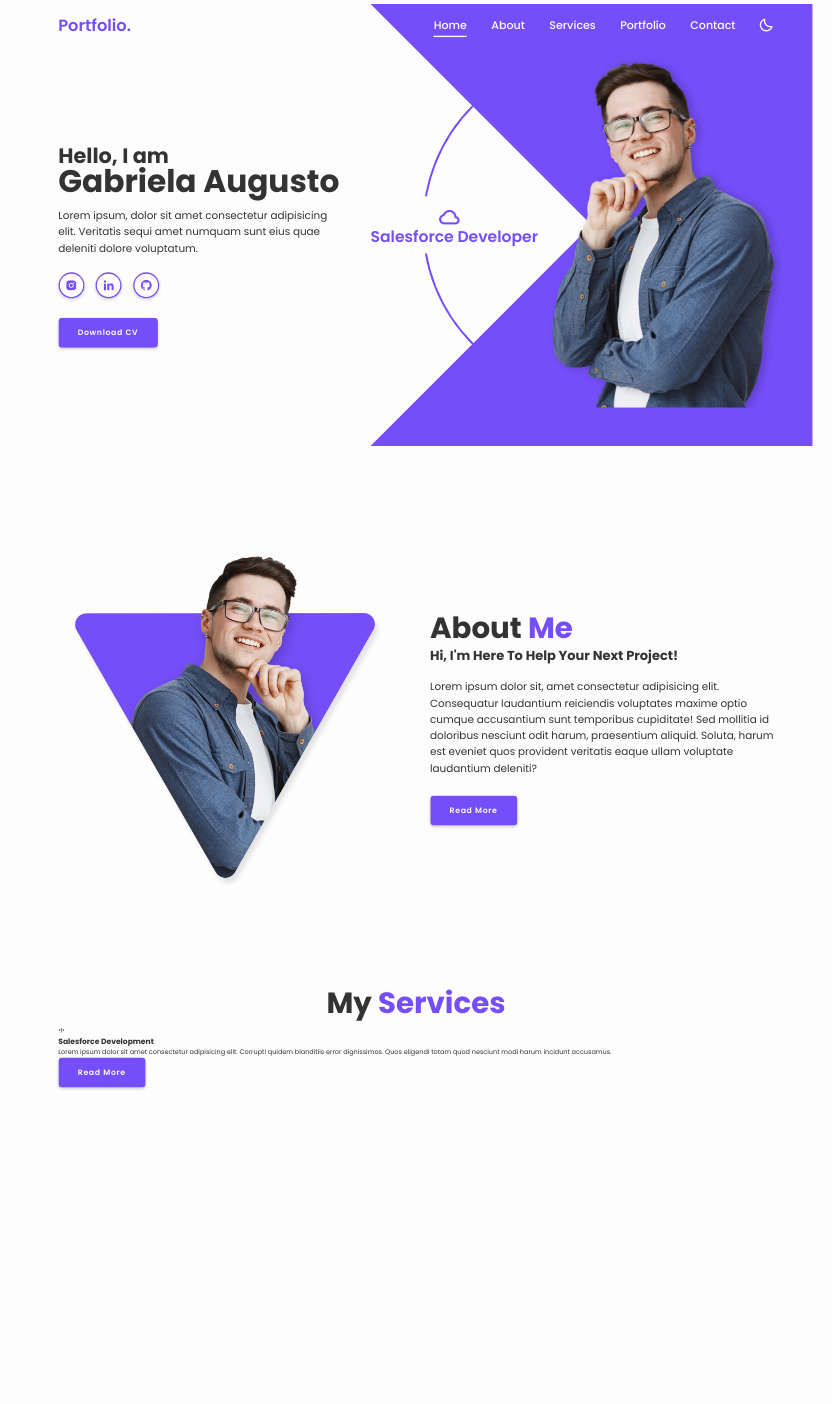
Repository: Gabi-Augusto/Portfolio
Page: index.html
The author's editor kept a copy of each file at every save. The page is drawn from the files as they stood at one save, then again after the next save.
The browser window is 1280 px wide. The pictures show the whole page, at 65% of full size.

Above is the page before, as saved 2023-11-29 15:53:31.

After the next save:
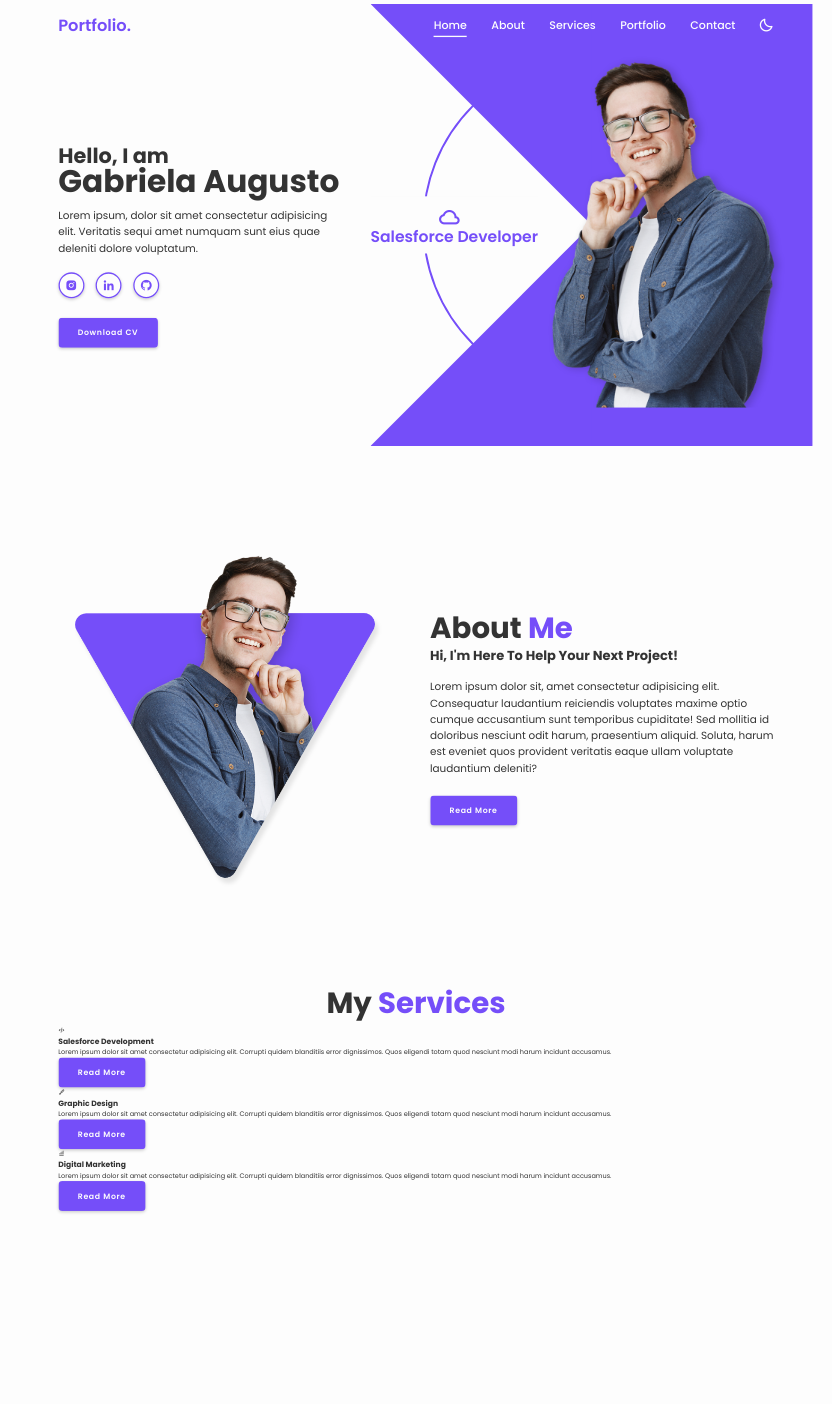
Saved 6 min 50 s later.
--- a/index.html
+++ b/index.html
@@ -104,6 +104,18 @@
                 <p>Lorem ipsum dolor sit amet consectetur adipisicing elit. Corrupti quidem blanditiis error dignissimos. Quos eligendi totam quod nesciunt modi harum incidunt accusamus.</p>
                 <a href="#" class="btn">Read More</a>
             </div>
+            <div class="services-box">
+                <i class='bx bxs-paint'></i>
+                <h3>Graphic Design</h3>
+                <p>Lorem ipsum dolor sit amet consectetur adipisicing elit. Corrupti quidem blanditiis error dignissimos. Quos eligendi totam quod nesciunt modi harum incidunt accusamus.</p>
+                <a href="#" class="btn">Read More</a>
+            </div>
+            <div class="services-box">
+                <i class='bx bx-bar-chart-alt'></i>
+                <h3>Digital Marketing</h3>
+                <p>Lorem ipsum dolor sit amet consectetur adipisicing elit. Corrupti quidem blanditiis error dignissimos. Quos eligendi totam quod nesciunt modi harum incidunt accusamus.</p>
+                <a href="#" class="btn">Read More</a>
+            </div>
         </div>
     </section>
 
